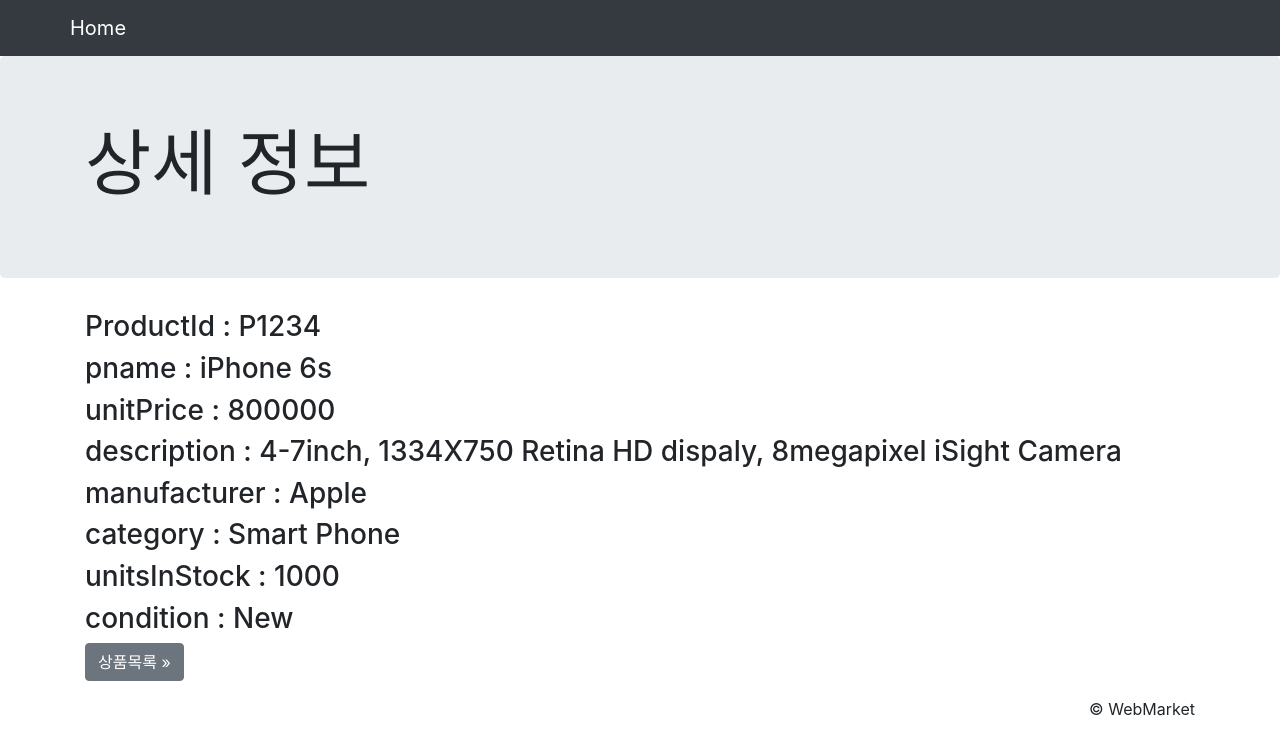
Repository: mi-ci/ai
Page: http://localhost/WebMarket/product.jsp?id=P1234
The author's editor kept a copy of each file at every save. The page is drawn from the files as they stood at one save, then again after the next save.
The browser window is 1280 px wide. The pictures show the whole page.
The page is served by Tomcat 9.

Above is the page before, as saved 2024-01-19 05:49:33.

### WebMarket/src/main/webapp/product.jsp
<%@ page import="java.util.ArrayList" %>
<%@ page import="dto.Product" %>

<%@ page language="java" contentType="text/html; charset=UTF-8"
    pageEncoding="UTF-8"%>
<!DOCTYPE html>
<html>
<head>
<meta charset="UTF-8">
<title>Insert title here</title>
</head>
<body>
	<jsp:include page="menu.jsp"></jsp:include>
	<div class = "jumbotron">
		<div class = "container">
			<h1 class="display-3">상세 정보</h1>
		</div>
	</div>
	<jsp:useBean id="pr" class="dao.ProductRepository"></jsp:useBean>
	<%
		String id = request.getParameter("id");
		Product p = pr.getProductById(id);

	%>
	<div class="container">
		<h3>ProductId : <%=p.getProductId() %></h3>
		<h3>pname : <%=p.getPname() %></h3>
		<h3>unitPrice : <%=p.getUnitPrice() %></h3>
		<h3>description : <%=p.getDescription() %></h3>
		<h3>manufacturer : <%=p.getManufacturer() %></h3>
		<h3>category : <%=p.getCategory() %></h3>
		<h3>unitsInStock : <%=p.getUnitsInStock() %></h3>
		<h3>condition : <%=p.getCondition() %></h3>
		<p><a href="Products.jsp" class="btn btn-secondary">상품목록 &raquo;</a>
	</div>


	<jsp:include page="footer.jsp"></jsp:include>

</body>
</html>

### WebMarket/src/main/webapp/menu.jsp
<%@ page language="java" contentType="text/html; charset=UTF-8"
    pageEncoding="UTF-8"%>
<!DOCTYPE html>
<html>
<head>
<meta charset="UTF-8">
<title>Insert title here</title>
<link rel="stylesheet" href="https://cdn.jsdelivr.net/npm/bootstrap@4.0.0/dist/css/bootstrap.min.css" integrity="sha384-Gn5384xqQ1aoWXA+058RXPxPg6fy4IWvTNh0E263XmFcJlSAwiGgFAW/dAiS6JXm" crossorigin="anonymous">
</head>
<body>
	<nav class ="navbar navbar-expand navbar-dark bg-dark">
	 	<div class= "container">
	 		<div class = "navbar-header">
	 			<a class = "navbar-brand" href="welcome.jsp">Home</a>
	 		</div>
		</div>
	</nav>

</body>
</html>

### WebMarket/src/main/webapp/footer.jsp
<%@ page language="java" contentType="text/html; charset=UTF-8"
    pageEncoding="UTF-8"%>
<!DOCTYPE html>
<html>
<head>
<meta charset="UTF-8">
<title>Insert title here</title>
<link rel="stylesheet" href="https://cdn.jsdelivr.net/npm/bootstrap@4.0.0/dist/css/bootstrap.min.css" integrity="sha384-Gn5384xqQ1aoWXA+058RXPxPg6fy4IWvTNh0E263XmFcJlSAwiGgFAW/dAiS6JXm" crossorigin="anonymous">
</head>
<body>
	<footer class = "container text-right">
		<p>&copy; WebMarket </p>
	</footer>
</body>
</html>

### WebMarket/src/main/java/dao/ProductRepository.java
package dao;

import java.util.ArrayList;

import dto.Product;

public class ProductRepository {
	private ArrayList<Product> listOfProducts = new ArrayList<Product>();

	public ProductRepository() {
		Product phone = new Product("P1234", "iPhone 6s", 800000);
		phone.setDescription("4-7inch, 1334X750 Retina HD dispaly, 8megapixel iSight Camera");
		phone.setCategory("Smart Phone");
		phone.setManufacturer("Apple");
		phone.setUnitsInStock(1000);
		phone.setCondition("New");

		Product laptop = new Product("P1235", "LG PC 그램", 1500000);
		laptop.setDescription("13.3-inch, IPS LED display, 5rd Generation Intel Core Processor");
		laptop.setCategory("Laptop");
		laptop.setManufacturer("LG");
		laptop.setUnitsInStock(1000);
		laptop.setCondition("Refurbished");

		Product tablet = new Product("P1236", "Galaxy Tab S", 900000);
		tablet.setDescription("212.8*125.6*6.6mm, Super AMOLED display, Octa-Core Processor");
		tablet.setCategory("Tablet");
		tablet.setManufacturer("Samsung");
		tablet.setUnitsInStock(1000);
		tablet.setCondition("Old");

		listOfProducts.add(phone);
		listOfProducts.add(laptop);
		listOfProducts.add(tablet);

	}

	public ArrayList getLop(){
		return listOfProducts;
	}

	public Product getProductById(String productid) {
		Product productById = null;
		for(int i = 0; i< listOfProducts.size(); i++) {
			Product product = listOfProducts.get(i);
			if(product != null && product.getProductId() != null && product.getProductId().equals(productid)) {
				productById = product;
				break;
			}
		}
		return productById;
	}
}

### WebMarket/src/main/java/dto/Product.java
package dto;

import java.io.Serializable;

public class Product implements Serializable {

	private static final long serialVersionUID = -123456789012345678L;

	private String productId;
	private String pname;
	private Integer unitPrice;
	private String description;
	private String manufacturer;
	private String category;
	private long unitsInStock;
	private String condition;


	public Product() {
		// TODO Auto-generated constructor stub
	}


	public Product(String productId, String pname, Integer unitPrice) {
		this.productId = productId;
		this.pname = pname;
		this.unitPrice = unitPrice;
	}


	public String getProductId() {
		return productId;
	}


	public void setProductId(String productId) {
		this.productId = productId;
	}


	public String getPname() {
		return pname;
	}


	public void setPname(String pname) {
		this.pname = pname;
	}


	public Integer getUnitPrice() {
		return unitPrice;
	}


	public void setUnitPrice(Integer unitPrice) {
		this.unitPrice = unitPrice;
	}


	public String getDescription() {
		return description;
	}


	public void setDescription(String description) {
		this.description = description;
	}


	public String getManufacturer() {
		return manufacturer;
	}


	public void setManufacturer(String manufacturer) {
		this.manufacturer = manufacturer;
	}


	public String getCategory() {
		return category;
	}


	public void setCategory(String category) {
		this.category = category;
	}


	public long getUnitsInStock() {
		return unitsInStock;
	}


	public void setUnitsInStock(long unitsInStock) {
		this.unitsInStock = unitsInStock;
	}


	public String getCondition() {
		return condition;
	}


	public void setCondition(String condition) {
		this.condition = condition;
	}


}

After the next save:
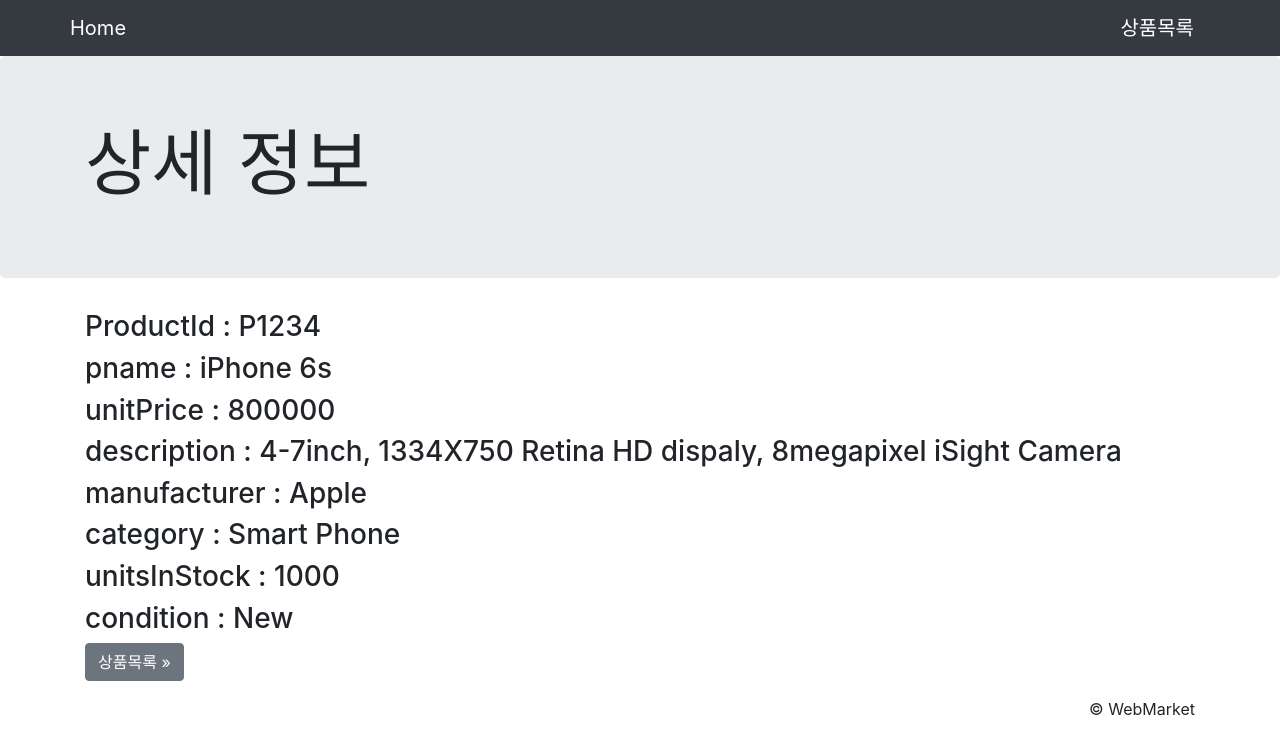
Saved 70 s later.
--- a/WebMarket/src/main/webapp/menu.jsp
+++ b/WebMarket/src/main/webapp/menu.jsp
@@ -13,6 +13,9 @@
 	 		<div class = "navbar-header">
 	 			<a class = "navbar-brand" href="welcome.jsp">Home</a>
 	 		</div>
+	 		<div class = "navbar-header">
+	 			<a class = "navbar-brand" href="welcome.jsp">상품목록</a>
+	 		</div>
 		</div>
 	</nav>
 
